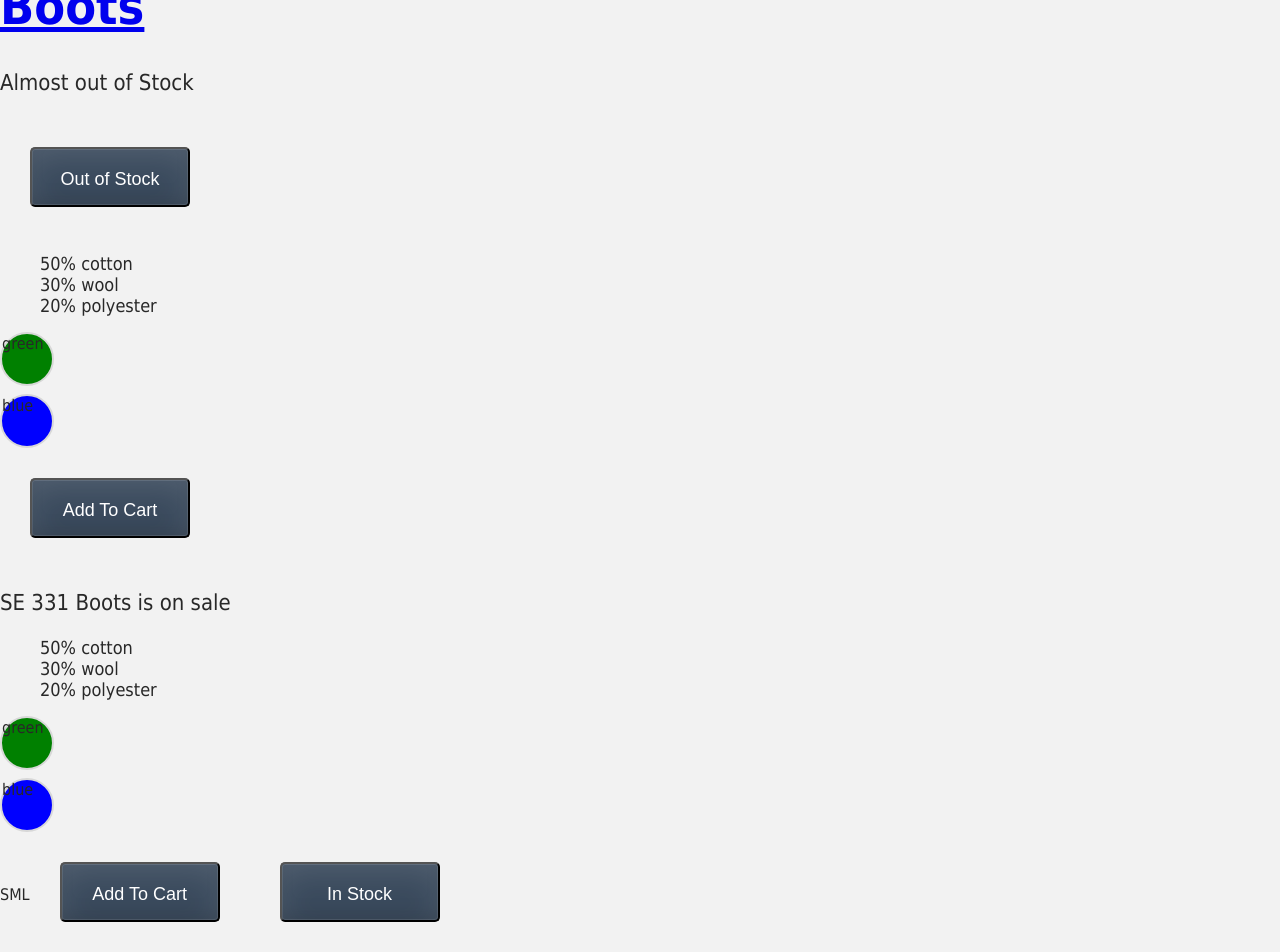
Repository: assassinhua/lab1
Page: index.html
The author's editor kept a copy of each file at every save. The page is drawn from the files as they stood at one save, then again after the next save.
The browser window is 1280 px wide. The pictures show the part of the page from y = 517 to 1469 px (the page is 1469 px tall).
A picture or video elsewhere on the page could not be fetched, so the positions and the page height are approximate.

Above is the page before, as saved 2024-10-24 16:08:10.

### index.html
<!DOCTYPE html>
<html lang="en">

<head>
    <meta charset="UTF-8" />
    <title>Intro SE331</title>
    <!-- Import Styles -->
    <link rel="stylesheet" href="./assets/styles.css" />
    <!-- Import Vue.js -->
    <script src="https://unpkg.com/vue@3/dist/vue.global.js"></script>
</head>

<body>
    <div id="app">
        <div class="nav-bar"></div>
        <div class="cart">Cart({{cart}})</div>
        <div class="cart">Stock Status: <span>{{ inStock ? 'In Stock' : 'Out of Stock' }}</span></div>
        <div class="product-display">
            <div class="product-container">
                <div class="product-image">
                    <img :src="image" :class="{'out-of-stock-image':!inStock}" alt="product-image">
                </div>
            </div>
        </div>
        <div class="product-info">
            <h1>{{title}}</h1>
            <a :href="productUrl" target="_blank">
                <h1>{{product}}</h1>
            </a>
            <p v-if="inventory > 10">In Stock</p>
            <p v-else-if="inventory <= 10 && inventory > 0">Almost out of Stock</p>
            <p v-else>Out of Stock</p>
            <button class="button" @click="toggleInStock">
                {{ inStock ? 'Out of Stock' : ' In Stock' }}
            </button>
            <ul>
                                <li v-for="detail in details">{{detail}}</li>

                            </ul>
            <ul>
                <li v-for="size in sizes">{{size}}</li>
            </ul>
             <div v-for="(variant,index) in variants" :key="variant.id"
             @mouseover="updateVariant(index)"
             class="color-circle" :style="{backgroundColor: variant.color}">
                                {{ variant.color}}
            </div>


            <button class="button" :disabled='!inStock'
            @click="addToCart" :class="{disabledButton: !inStock}">Add To
                Cart</button>
            </div>

            <p v-if="onSale">{{isOnSale}}</p>
            <p v-else>not on sale</p>
            <ul>
                <li v-for="detail in details">{{detail}}</li>
            </ul>
            <div v-for="(variant,index) in variants" :key="variant.id" @mouseover="updateVariant(index)"
                class="color-circle" :style="{backgroundColor: variant.color}">
                {{ variant.color}}
            </div>
            <span v-for="productSize in productSizes" :key="productSize.id">
                {{ productSize.size}}
            </span>
            <button class="button" :disabled='!inStock' @click="addToCart" :class="{disabledButton: !inStock}">Add To
                Cart</button>

            <button class="button" @click="toggleInStock">In Stock</button>
        </div>

    </div>

    <!-- Import Js -->
    <script src="./main.js"></script>
</body>

</html>

### assets/styles.css
body {
  background-color: #f2f2f2;
  margin: 0px;
  font-family: tahoma;
  color: #282828;
}

.button {
  margin: 30px;
  background-color: #39495c;
  border-radius: 5px;
  font-size: 18px;
  width: 160px;
  height: 60px;
  color: white;
  padding: 20px;
  box-shadow: inset 0 -0.6em 1em -0.35em rgba(0, 0, 0, 0.17),
    inset 0 0.6em 2em -0.3em rgba(255, 255, 255, 0.15),
    inset 0 0 0em 0.05em rgba(255, 255, 255, 0.12);
  text-align: center;
  cursor: pointer;
}

.cart {
  margin: 25px 100px;
  float: right;
  border: 1px solid #d8d8d8;
  padding: 10px 30px;
  background-color: white;
  -webkit-box-shadow: 0px 2px 15px -12px rgba(0, 0, 0, 0.57);
  -moz-box-shadow: 0px 2px 15px -12px rgba(0, 0, 0, 0.57);
  box-shadow: 2px 15px -12px rgba(0, 0, 0, 0.57);
}

.color-circle {
  width: 50px;
  height: 50px;
  margin-top: 8px;
  border: 2px solid #d8d8d8;
  border-radius: 50%;
}


.disabledButton {
  background-color: #d8d8d8;
  cursor: not-allowed;
}

h1 {
  font-size: 50px;
}

h3 {
  font-size: 25px;
}

img {
  border: 2px solid #d8d8d8;
  width: 70%;
  margin: 40px;
  padding: 15px;
  -webkit-box-shadow: 0px 2px 15px -12px rgba(0, 0, 0, 0.57);
  -moz-box-shadow: 0px 2px 15px -12px rgba(0, 0, 0, 0.57);
  box-shadow: 2px 15px -12px rgba(0, 0, 0, 0.57);
}

input {
  width: 100%;
  height: 40px;
  margin-bottom: 20px;
}

label {
  font-size: 20px;
  margin-bottom: 5px;
}

li {
  font-size: 18px;
}

.nav-bar {
  background: linear-gradient(-90deg, #84cf6a, #16c0b0);
  height: 60px;
  margin-bottom: 25px;
  -webkit-box-shadow: 0px 2px 15px -12px rgba(0, 0, 0, 0.57);
  -moz-box-shadow: 0px 2px 15px -12px rgba(0, 0, 0, 0.57);
  box-shadow: 1px 1px 5px rgba(0, 0, 0, 0.57);
}

.out-of-stock-image {
  filter: grayscale(100%); /* 这将使图片变为灰色 */
}

p {
  font-size: 22px;
}

.product-display {
  display: flex;
  flex-direction: column;
  padding: 1rem;
}

.product-container {
  display: flex;
  flex-direction: row;
  flex-wrap: wrap;
}

.product-image,
.product-info {
  width: 50%;
}

.review-form {
  display: flex;
  flex-direction: column;
  width: 425px;
  padding: 20px;
  margin: 40px;
  border: 2px solid #d8d8d8;
  background-color: white;
  -webkit-box-shadow: 0px 2px 15px -12px rgba(0, 0, 0, 0.57);
  -moz-box-shadow: 0px 2px 15px -12px rgba(0, 0, 0, 0.57);
  box-shadow: 2px 15px -12px rgba(0, 0, 0, 0.57);
}

.review-container {
  width: 425px;
  padding: 20px;
  background-color: white;
  -webkit-box-shadow: 0px 2px 20px -12px rgba(0, 0, 0, 0.57);
  -moz-box-shadow: 0px 2px 20px -12px rgba(0, 0, 0, 0.57);
  box-shadow: 2px 20px -12px rgba(0, 0, 0, 0.57);
  margin-left: 40px;
  border: 2px solid #d8d8d8;
}

.review-container li {
  margin-bottom: 30px;
}

.review-form .button {
  display: block;
  margin: 30px auto;
}

select {
  height: 40px;
  font-size: 20px;
  background-color: white;
  cursor: pointer;
}

textarea {
  width: 95%;
  height: 70px;
  padding: 10px;
  font-size: 20px;
  margin-bottom: 20px;
}

ul {
  list-style-type: none;
}

@media only screen and (max-width: 600px) {
  .container {
    flex-direction: column;
  }

  .product-image,
  .product-info {
    margin-left: 10px;
    width: 100%;
  }

  .review-form {
    width: 90%;
  }
}

### main.js
const { createApp, ref, computed } = Vue

createApp({
    setup() {
        const product = ref('Boots')
        const brand = ref('SE 331')
        const productUrl = 'http://www.camt.cmu.ac.th'
        const inventory = ref(5)
        const onSale = ref(true)
        const details = ref([
            '50% cotton',
            '30% wool',
            '20% polyester'
        ])
        const variants = ref([
            { id: 2234, color: 'green', image: './assets/images/socks_green.jpg', quantity: 50 },
            { id: 2235, color: 'blue', image: './assets/images/socks_blue.jpg', quantity: 0 }
        ])
        const selectedVariant = ref(0)
        const productSizes = ref([
            { id: 1, size: 'S' },
            { id: 2, size: 'M' },
            { id: 3, size: 'L' },
        ])
        const cart = ref(0)
        function addToCart() {
            cart.value += 1
        }
        const title = computed(() => {
            return brand.value + ' ' + product.value
        })
        const isOnSale = computed(() => {
            return brand.value + ' ' + product.value + ' ' + 'is on sale'
        })
        function updateImage(variantImage) {
            image.value = variantImage
        }
        function updateVariant(index) {
            selectedVariant.value = index;
        }
        const image = computed(() => {
            return variants.value[selectedVariant.value].image
        })
        const inStock = computed(() => {
            return variants.value[selectedVariant.value].quantity
        })
        const toggleInStock = () => {
            const currentVariant = variants.value[selectedVariant.value];
            currentVariant.quantity = currentVariant.quantity > 0 ? 0 : 50;
        }
        return {
            product,
            brand,
            title,
            isOnSale,
            image,
            productUrl,
            inStock,
            inventory,
            onSale,
            details,
            variants,
            selectedVariant,
            productSizes,
            cart,
            addToCart,
            updateImage,
            toggleInStock,
            updateVariant

        }
    }

}).mount('#app')

After the next save:
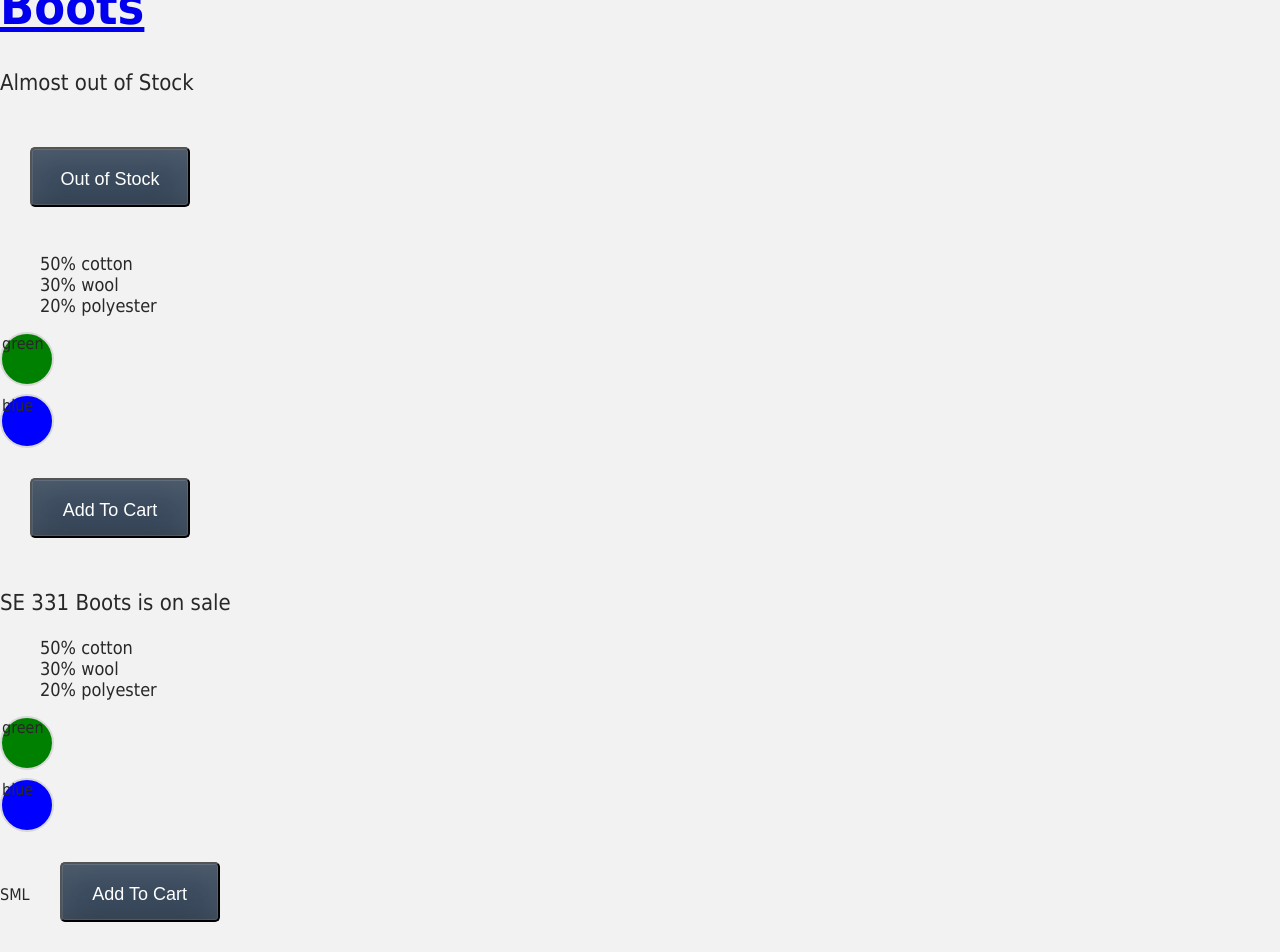
Saved 34 s later.
--- a/index.html
+++ b/index.html
@@ -67,7 +67,7 @@
             <button class="button" :disabled='!inStock' @click="addToCart" :class="{disabledButton: !inStock}">Add To
                 Cart</button>
 
-            <button class="button" @click="toggleInStock">In Stock</button>
+
         </div>
 
     </div>
